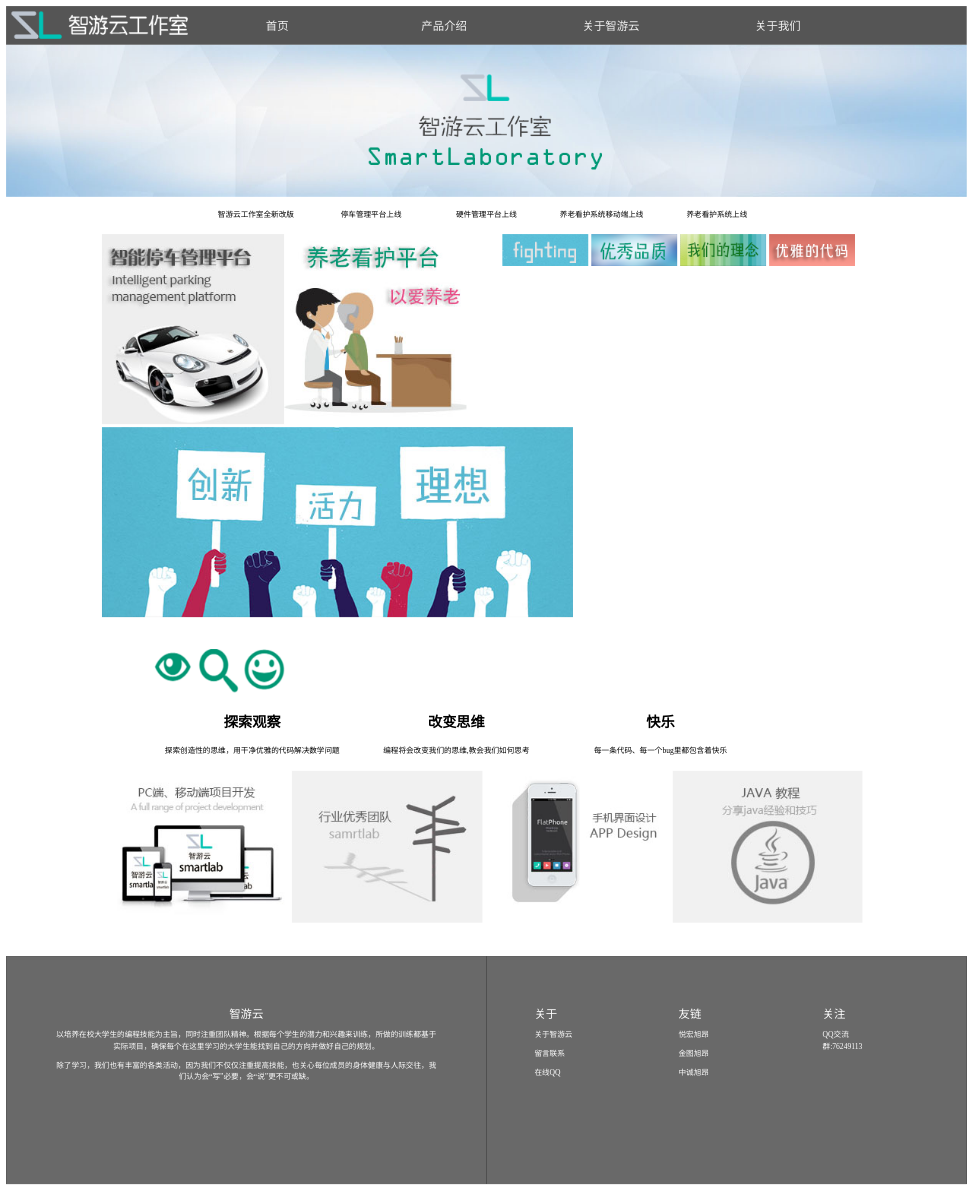
Repository: dakai1234/webTest
Page: 智游云1/index/index.html
The author's editor kept a copy of each file at every save. The page is drawn from the files as they stood at one save, then again after the next save.
The browser window is 1280 px wide. The pictures show the whole page, at 76% of full size.

Above is the page before, as saved 2021-04-10 06:41:41.

### 智游云1/index/index.html
<!DOCTYPE html>
<html lang="en">

<head>
    <meta charset="UTF-8">
    <meta http-equiv="X-UA-Compatible" content="IE=edge">
    <meta name="viewport" content="width=device-width, initial-scale=1.0">
    <link rel="stylesheet" href="index.css">
    <link rel="stylesheet" href="../footerCss/footer.css">
    <link rel="stylesheet" href="../headerCss/header.css">
    <title>首页</title>

</head>

<body>
    <div class="header">
        <img class="logo_img" src="../about/images/logo.png">
        <a href="index.html"> 首页 </a>
        <a href="#"> 产品介绍 </a>
        <a href="../about/about.html"> 关于智游云 </a>
        <a href="#"> 关于我们 </a>
    </div>

    <div class="banner_img">
        <img class="bannerName_img" src="images/bannerName.png">
    </div>

    <div class="new_content">
        <p>智游云工作室全新改版</p>
        <p>停车管理平台上线</p>
        <p>硬件管理平台上线</p>
        <p>养老看护系统移动端上线</p>
        <p>养老看护系统上线</p>
    </div>

    <div class="content_img">
        <div class="introduce"><img src="images/introduce1.jpg" /></div>
        <div class="introduce"><img src="images/introduce2jpg.jpg" /></div>
        <div class="introduce"><img src="images/s1.jpg" /></div>
        <div class="tip">
            <img src="images/tip1.png" />
            <img src="images/tip2.png" />
            <img src="images/tip3.png" />
            <img src="images/tip4.png" />
        </div>


    </div>

    <div class="title">
        <div class="title_img">
            <img src="images/photo1.png">
            <img src="images/photo2.png">
            <img src="images/photo3.png">
        </div>
        <div class="title_content">
            <h3>探索观察</h3>
            <p>探索创造性的思维，用干净优雅的代码解决数学问题</p>
        </div>
        <div class="title_content">

            <h3>改变思维</h3>
            <p>编程将会改变我们的思维,教会我们如何思考</p>
        </div>
        <div class="title_content">
            <h3>快乐</h3>
            <p>每一条代码、每一个bug里都包含着快乐</p>
        </div>
    </div>

    <div class="content_img">
        <div class="introduce"><img src="images/one.jpg" /></div>
        <div class="introduce"><img src="images/two.jpg" /></div>
        <div class="introduce"><img src="images/three.jpg" /></div>
        <div class="introduce"><img src="images/four.jpg" /></div>
    </div>

    <div class="footer">
        <div class="footer_inner">
            <div class="text">
                <span>智游云</span>
                <p>
                    以培养在校大学生的编程技能为主旨，同时注重团队精神。根据每个学生的潜力和兴趣来训练，所做的训练都基于实际项目，确保每个在这里学习的大学生能找到自己的方向并做好自己的规划。
                </p>
                <p>
                    除了学习，我们也有丰富的各类活动，因为我们不仅仅注重提高技能，也关心每位成员的身体健康与人际交往，我们认为会“写”必要，会“说”更不可或缺。
                </p>
            </div>
        </div>
        <div class="footer_inner">
            <div class="text_intro">
                <span>关于</span>
                <p>关于智游云</p>
                <p>留言联系</p>
                <p>在线QQ</p>
            </div>
            <div class="text_intro">
                <span>友链</span>
                <p>悦宏旭昂</p>
                <p>金图旭昂</p>
                <p>中诚旭昂</p>
            </div>
            <div class="text_intro">
                <span>关注</span>
                <p>QQ交流群:76249113</p>
            </div>

        </div>
    </div>

</body>

</html>

### 智游云1/index/index.css
.logo_img {
    float: left;
    padding: 5px 0px;
}

.banner_img {
    text-align: center;
    background: url(images/banner.jpg) no-repeat;
    background-size: 100% 200px;
}

.new_content {
    padding: 0% 20%;
    overflow: auto;
    text-align: center;
}

.new_content p {
    display: block;
    font-size: 10px;
    width: 20%;
    float: left;
}

.new_content p:hover {
    color: aquamarine
}

.content_img {
    padding: 0% 8% 0% 10%;
    margin-top: 10px;
    overflow: auto;
}

.introduce {
    float: left;
    overflow: auto;
    text-align: center;
}

.tip {
    text-align: center;
}

.title {
    padding-left: 15%;
    margin-top: 3%;
    overflow: hidden;
}

.title_content {
    width: 25%;
    float: left;
    text-align: center;
}

.title_content p {
    font-size: 10px;
}

### 智游云1/footerCss/footer.css
.footer {
    margin: 40px 0px 0px 0px;
    width: 100%;
    height: 300px;
    background-color: #000;
    overflow: auto;
    box-sizing: border-box;
    position: relative;
}

.footer_inner {
    width: 50%;
    color: #FFF;
    height: 300px;
    background-color: dimgray;
    float: left;
}

.text {
    padding: 10% 10%;
    text-align: center;
    font-size: 10px;
    font-weight: lighter;
}

.text span {
    font-size: 15px;
}

.text p:hover {
    color: #000;
}

.text_intro {
    padding: 10% 10%;
    width: 10%;
    font-size: 10px;
    font-weight: lighter;
    float: left;
}

.text_intro span {
    font-size: 15px;
}

.text_intro p:hover {
    color: #000;
}

### 智游云1/headerCss/header.css
.header {
    background-color: #555;
    width: 100%;
    overflow: auto;
}

.header a {
    float: left;
    width: 15%;
    display: block;
    color: #f2f2f2;
    text-align: center;
    padding: 15px;
    text-decoration: none;
    font-size: 15px;
}

.header a:hover {
    color: #333;
}

.logo_img {
    float: left;
    padding: 5px 0px;
}

After the next save:
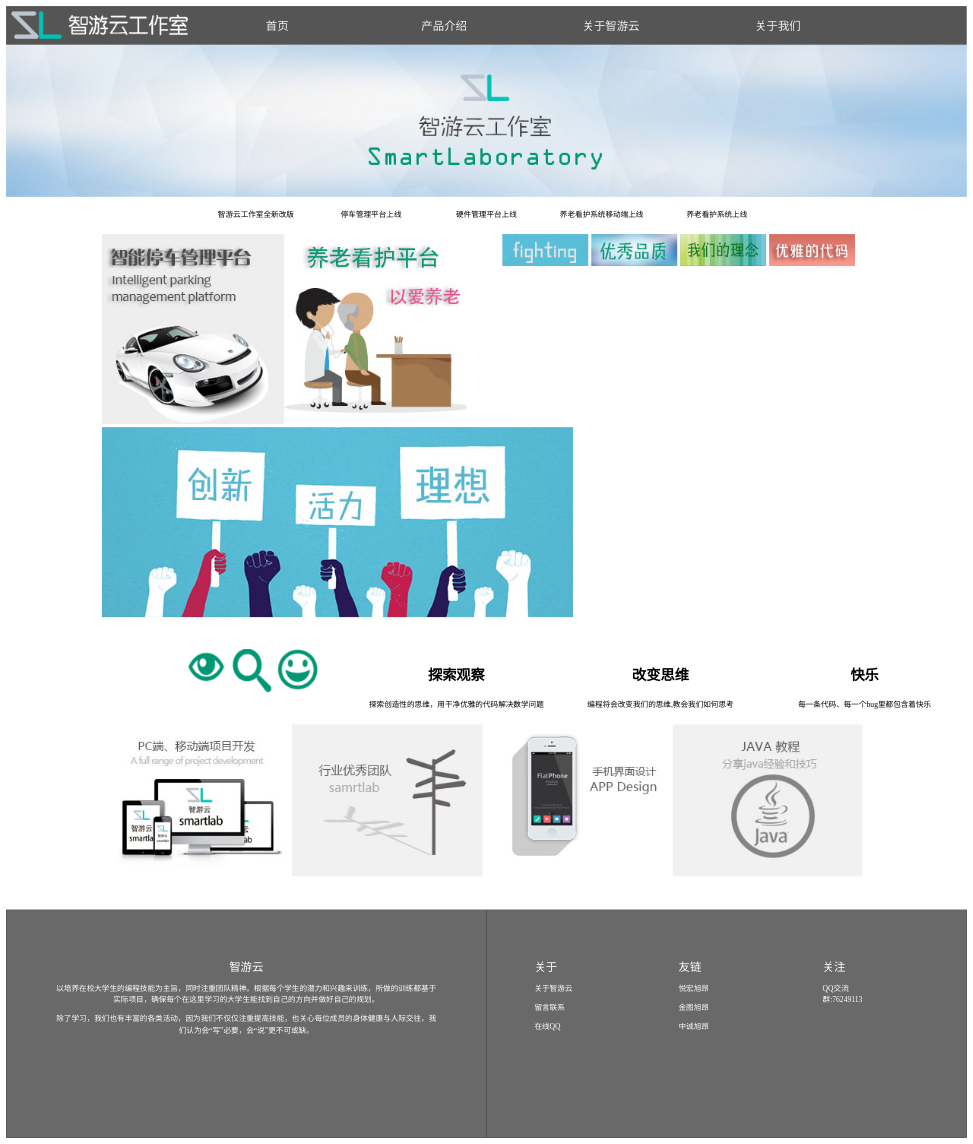
Saved 61 s later.
--- a/智游云1/index/index.css
+++ b/智游云1/index/index.css
@@ -48,6 +48,12 @@
     overflow: hidden;
 }
 
+.title_img {
+    width: 25%;
+    float: left;
+    text-align: center;
+}
+
 .title_content {
     width: 25%;
     float: left;
